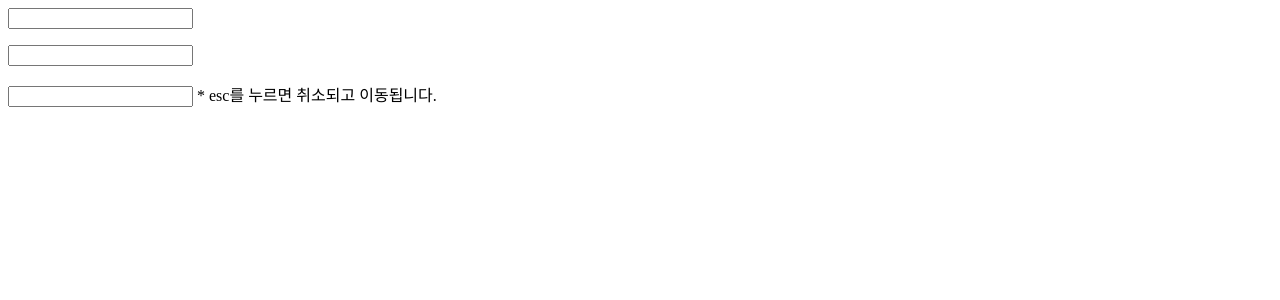
Repository: shbaksa/study
Page: http://localhost/mw_0621/javascript/keydown.jsp
The author's editor kept a copy of each file at every save. The page is drawn from the files as they stood at one save, then again after the next save.
The browser window is 1280 px wide. The pictures show the whole page.
The page is served by Tomcat 9.

Above is the page before, as saved 2022-06-21 05:45:53.

### mw_0621/src/main/webapp/javascript/keydown.jsp
<%@ page language="java" contentType="text/html; charset=UTF-8"
    pageEncoding="UTF-8"%>
<!DOCTYPE html>
<html>
<head>
<meta charset="UTF-8">
<title>Insert title here</title>
	<script>
		function chk() {

			alert(event.keyCode);
		}
		function move() {
			if(event.keyCode==27);  // event.keyCode : 방금 입력한 키값을 가져온다.
									// keydown이벤트는 특수키의 코드값도 보내준다.
			{
				location="http://www.naver.com";
			}
		}
	</script>
</head>
<body>	<!-- keypress.jsp : 원하는 키값만 입력받기 -->

	<input type="text" onkeydown="chk()"> <p>
	<input type="text" onkeypress="chk()"> <p>
	<!-- 키보드 입력칸에 esc가 클릭되면 동작 -->
	<input type="text" onkeydown="move()"> * esc를 누르면 취소되고 이동됩니다. <p>


</body>
</html>

After the next save:
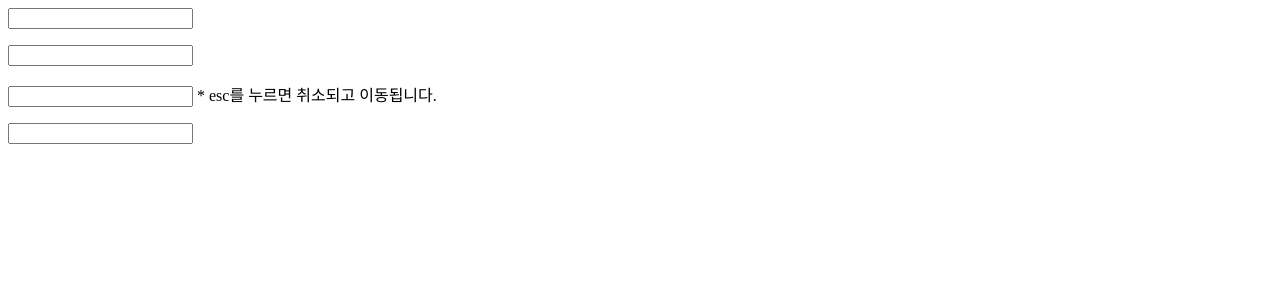
Saved 2 min 45 s later.
--- a/mw_0621/src/main/webapp/javascript/keydown.jsp
+++ b/mw_0621/src/main/webapp/javascript/keydown.jsp
@@ -13,6 +13,7 @@
 		function move() {
 			if(event.keyCode==27);  // event.keyCode : 방금 입력한 키값을 가져온다.
 									// keydown이벤트는 특수키의 코드값도 보내준다.
+
 			{
 				location="http://www.naver.com";
 			}
@@ -25,6 +26,8 @@
 	<input type="text" onkeypress="chk()"> <p>
 	<!-- 키보드 입력칸에 esc가 클릭되면 동작 -->
 	<input type="text" onkeydown="move()"> * esc를 누르면 취소되고 이동됩니다. <p>
+	<!-- 키보드 입력칸에 del키가 클릭되면 폼을 숨기기 -->
+	<input type="text" onkeydown="move2()">   <p>
 
 
 </body>
